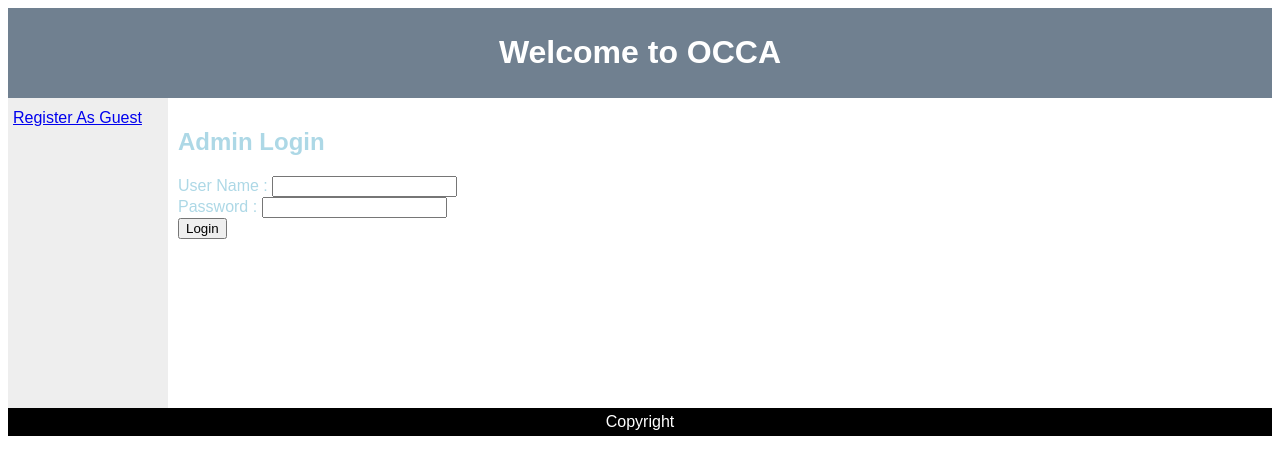
Repository: dreamxia329/TechExercise4830
Page: T3-0325-xia/T3-webProject-Xia/WebContent/login.html
The author's editor kept a copy of each file at every save. The page is drawn from the files as they stood at one save, then again after the next save.
The browser window is 1280 px wide. The pictures show the whole page.

Above is the page before, as saved 2022-03-31 16:40:42.

### T3-0325-xia/T3-webProject-Xia/WebContent/login.html
<html>
<head>
<style>

body {
  font-family: 'Poppins', sans-serif;
  color: lightblue;
}

header {
	background-color: #708090;
	color: white;
	text-align: center;
	padding: 5px;
}

nav {
	line-height: 30px;
	background-color: #eeeeee;
	height: 300px;
	width: 150px;
	float: left;
	padding: 5px;
}

section {
	width: 350px;
	float: left;
	padding: 10px;
}

footer {
	background-color: black;
	color: white;
	clear: both;
	text-align: center;
	padding: 5px;
}
</style>
</head>

<body>
	<header>
		<h1>Welcome to OCCA</h1>
	</header>

	<nav>
		<a href="/T3-webProject-Xia/register.html">Register As Guest</a> <br>
	</nav>

	<section>
		<h1>Admin Login</h1>

		<form action="UserLoginServlet" method="POST">
			User Name : <input type="text" name="userName"> <br />
			Password  : <input type="password" name="password"> <br />
			<input type="submit" value="Login" />
		</form>

	</section>

	<footer> Copyright </footer>
</body>
</html>

After the next save:
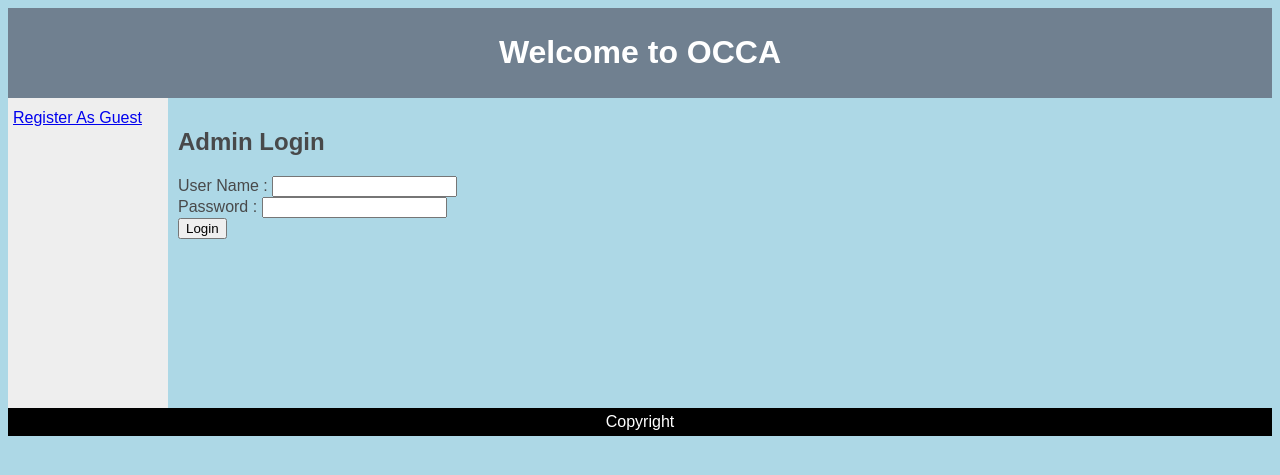
Saved 21 s later.
--- a/T3-0325-xia/T3-webProject-Xia/WebContent/login.html
+++ b/T3-0325-xia/T3-webProject-Xia/WebContent/login.html
@@ -4,7 +4,8 @@
 
 body {
   font-family: 'Poppins', sans-serif;
-  color: lightblue;
+  color: #48494a;
+  background-color: lightblue;
 }
 
 header {

After the save that followed:
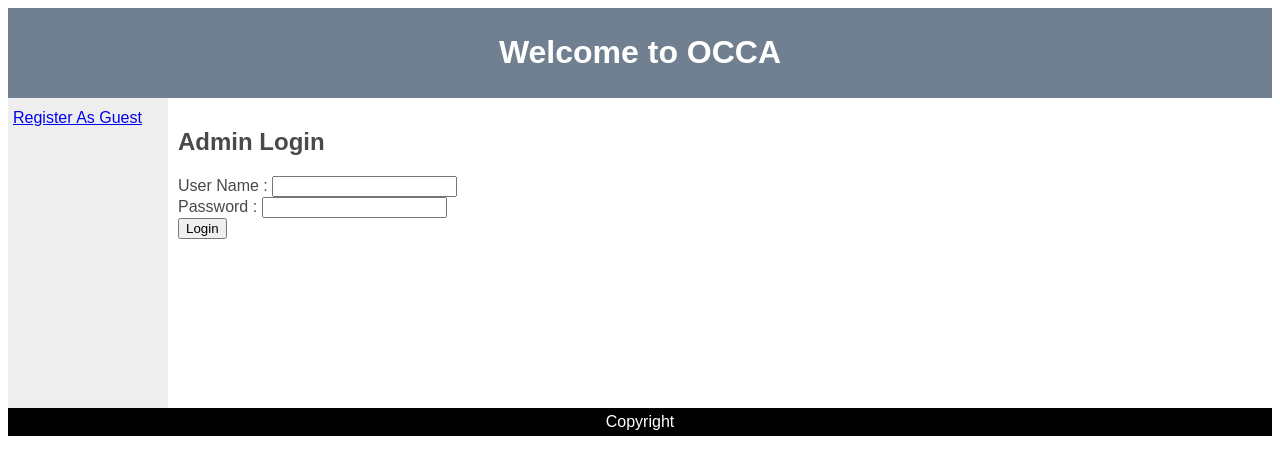
Saved 2 min 27 s later.
--- a/T3-0325-xia/T3-webProject-Xia/WebContent/login.html
+++ b/T3-0325-xia/T3-webProject-Xia/WebContent/login.html
@@ -5,7 +5,6 @@
 body {
   font-family: 'Poppins', sans-serif;
   color: #48494a;
-  background-color: lightblue;
 }
 
 header {
